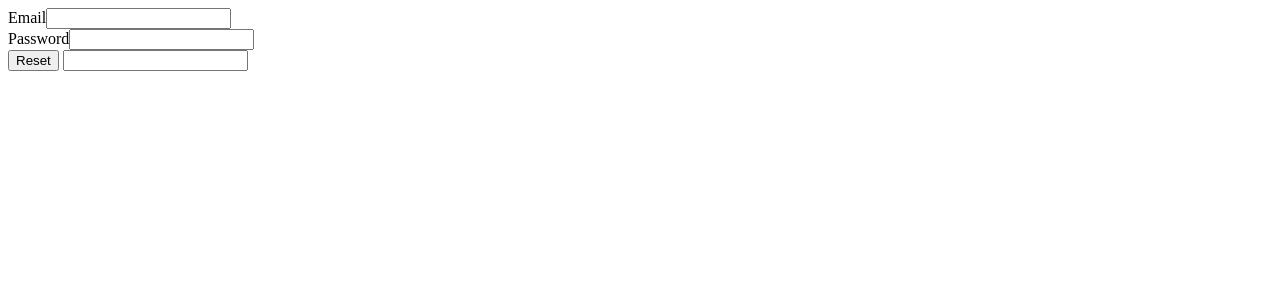
Repository: laxmichauhan/Student-Data-Insertion
Page: Application1/WebContent/login.html
An editor plug-in stored every save of this project. The page is shown before and after the next save, followed by the edit.
The browser window is 1280 px wide. The pictures show the whole page.

Above is the page before, as saved 2019-02-19 06:07:42.

### Application1/WebContent/login.html
<!DOCTYPE html>
<html>
<head>
<meta charset="ISO-8859-1">
<title>Insert title here</title>
</head>
<body>
<form action="Verify" method="post">
Email<input type="text" name="email"/><br>
Password<input type="password" name="password"/><br>
<input type="Reset" name="reset"/>
<input type="Login" name="login"/>

</form>
</body>
</html>

After the next save:
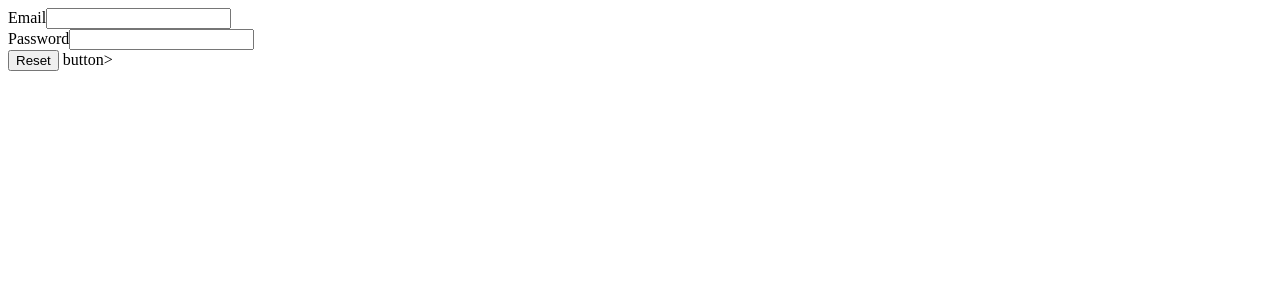
Saved 51 s later.
--- a/Application1/WebContent/login.html
+++ b/Application1/WebContent/login.html
@@ -9,7 +9,7 @@
 Email<input type="text" name="email"/><br>
 Password<input type="password" name="password"/><br>
 <input type="Reset" name="reset"/>
-<input type="Login" name="login"/>
+<button=Login></button>button>
 
 </form>
 </body>
